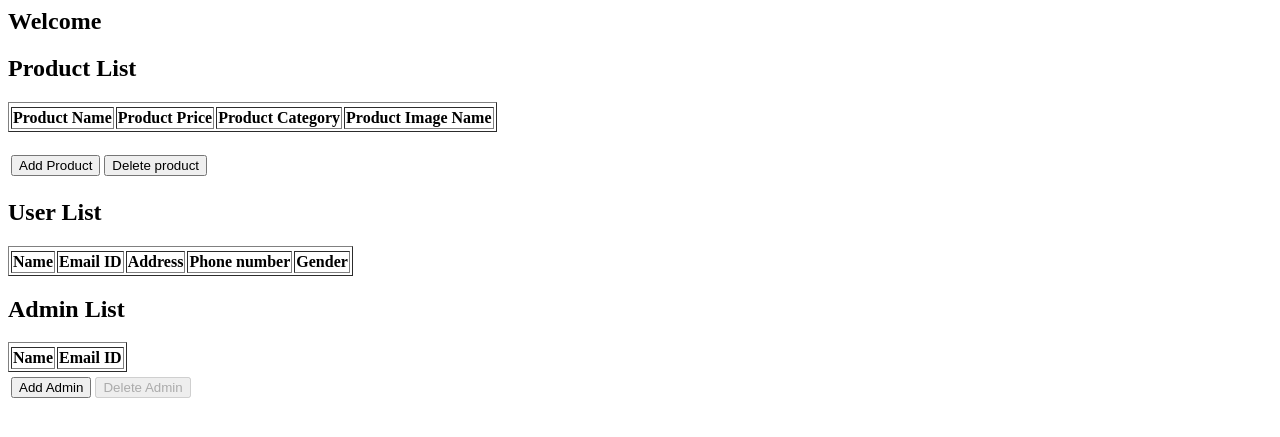
Repository: mohitpratapsingh/GSAP2015
Page: http://localhost/Team-C/adminBack
The author's editor kept a copy of each file at every save. The page is drawn from the files as they stood at one save, then again after the next save.
The browser window is 1280 px wide. The pictures show the whole page.
The page is served by Tomcat 9. Other server files are loaded and not shown. The template is opened directly, without the code that normally fills it, so the values that code supplies are empty.

Above is the page before, as saved 2015-09-07 19:36:26.

### Team-C/src/main/webapp/WEB-INF/views/superAdminHome.jsp
<%@ taglib uri="http://java.sun.com/jsp/jstl/core" prefix="c" %>
<%@ taglib uri="http://java.sun.com/jsp/jstl/functions" prefix="fn" %>
<%@ page session="false" %>
<html>
<head>
	<title>Home</title>

</head>
<body>
<h2>
Welcome ${dataMap.get("user").getUserFname()}
</h2>

<%--  <c:set var="temp" value="${dataMap.get(.\"productList.\")}"/>
<c:out value="${salary}"/>


<h1>${temp.getpName()} </h1>

 --%>

<p1>
<table border="1">
<thead>
 <tr><h2>Product List</h2></tr>
 <tr>
    <th>Product Name</th>
    <th>Product Price</th>
    <th>Product Category</th>
    <th>Product Image Name</th>
  </tr>
</thead>

 <tbody>
 <c:forEach items="${dataMap.get(\"productList\")}" var="product">
    <tr>
    <td><input type="checkbox" name="products" value="${product.getpId()}" style="cursor: pointer;" onclick="onChangeCheckbox (this)" /></td>
      <td>${product.getpName()}</td>
      <td>${product.getPrice()}</td>
      <td>${product.getCategory()}</td>
      <td>${product.getImageName()}</td>
    </tr>
  </c:forEach>
  </tbody>
</table>
</p1>
</br>
<table>
<tr></tr>
<tr>
<td>
<input type="button" value="Add Product" onclick="window.location='addProductForm';" />
</td>
<td>
<button onclick="delProduct()">Delete product</button>
</td>
</tr></table>
<p2>
<table border="1">
<thead>
 <tr><h2>User List</h2></tr>
 <tr>
    <th>Name</th>
    <th>Email ID</th>
    <th>Address</th>
    <th>Phone number</th>
    <th>Gender</th>
  </tr>
</thead>

 <tbody>
 <c:forEach items="${dataMap.get(\"userList\")}" var="user">
    <tr>
      <td>${user.getUserFname()} ${user.getUserLname()}</td>
      <td>${user.getEmailId()}</td>
      <td>${user.getAddressLine1()} ${user.getAddressLine2()}</td>
      <td>${user.getPhoneNumber()}</td>
      <td>${user.getGender()}</td>
    </tr>
  </c:forEach>
  </tbody>
</table>
</p2>
<p3>
<table border="1">
<thead>
 <tr><h2>Admin List</h2></tr>
 <tr>
    <th>Name</th>
    <th>Email ID</th>
   <!--  <th>Address</th> -->
<!--     <th>Phone number</th>
    <th>Gender</th> -->
  </tr>
</thead>

 <tbody>
 <c:forEach items="${dataMap.get(\"adminList\")}" var="admin">
    <tr>
    <td><input type="checkbox" id="cbox" value="${admin.getEmailId()}"  onclick="onCheckbox2 (this)" /></td>
      <td>${admin.getUserFname()} ${admin.getUserLname()}</td>
      <td>${admin.getEmailId()}</td>

    </tr>
  </c:forEach>
  </tbody>
</table>
<table>
<tr></tr>
<tr>
<td>
<input type="button" value="Add Admin" onclick="window.location='adminRegForm';" />
</td>
<td>
<input type="button" id="delAdmin" value="Delete Admin" disabled onclick="delAdmin()" />

</td>
</tr></table>
</p3>

<script type="text/javascript">
var checker = document.getElementById('cbox');
var sendbtn = document.getElementById('delAdmin');
var username;
 function onCheckbox2() {
  sendbtn.disabled = false;
  username=checker.value;
};

function delAdmin() {

	window.location.href = "deleteAdmin?userName=" + username;
}


var test=[];

        function onChangeCheckbox (checkbox) {
            if (checkbox.checked)
            {
               test.push(checkbox.value);
            }

            else
            {
            		var index;
            		for(i=0;i<test.length;i++)
            		{
            			if(test[i]==checkbox.value)
            			index=i;
            		}
            		if(index > -1)
            		test.splice(index,1);


            }
       	}

      function delProduct() {

    	  window.location = "deleteProduct?prodIductList=" +test;

        }
    </script>


</body>
</html>

After the next save:
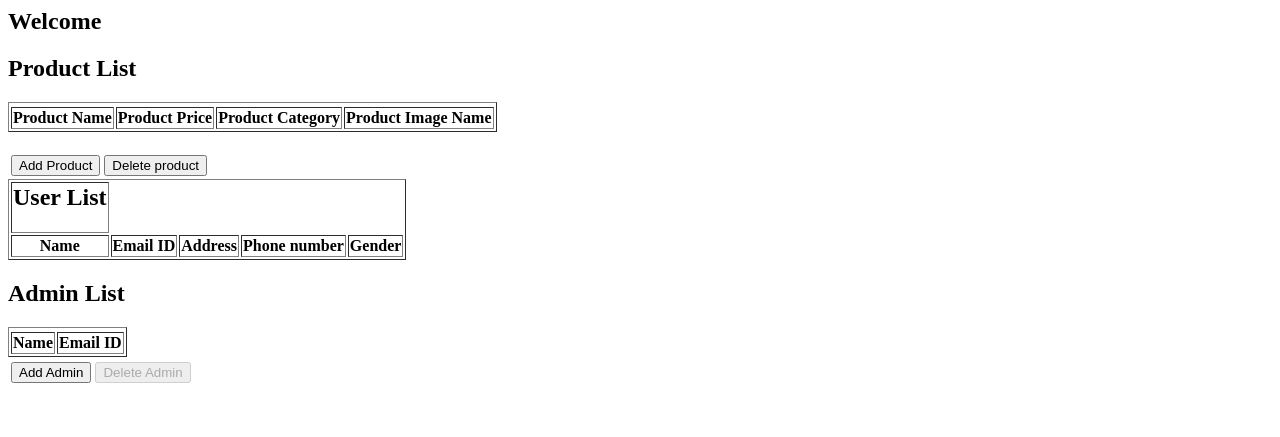
Saved 11 s later.
--- a/Team-C/src/main/webapp/WEB-INF/views/superAdminHome.jsp
+++ b/Team-C/src/main/webapp/WEB-INF/views/superAdminHome.jsp
@@ -58,7 +58,7 @@ Welcome ${dataMap.get("user").getUserFname()}
 <p2>
 <table border="1">
 <thead>
- <tr><h2>User List</h2></tr>
+ <th><h2>User List</h2></th>
  <tr>
     <th>Name</th>
     <th>Email ID</th>
